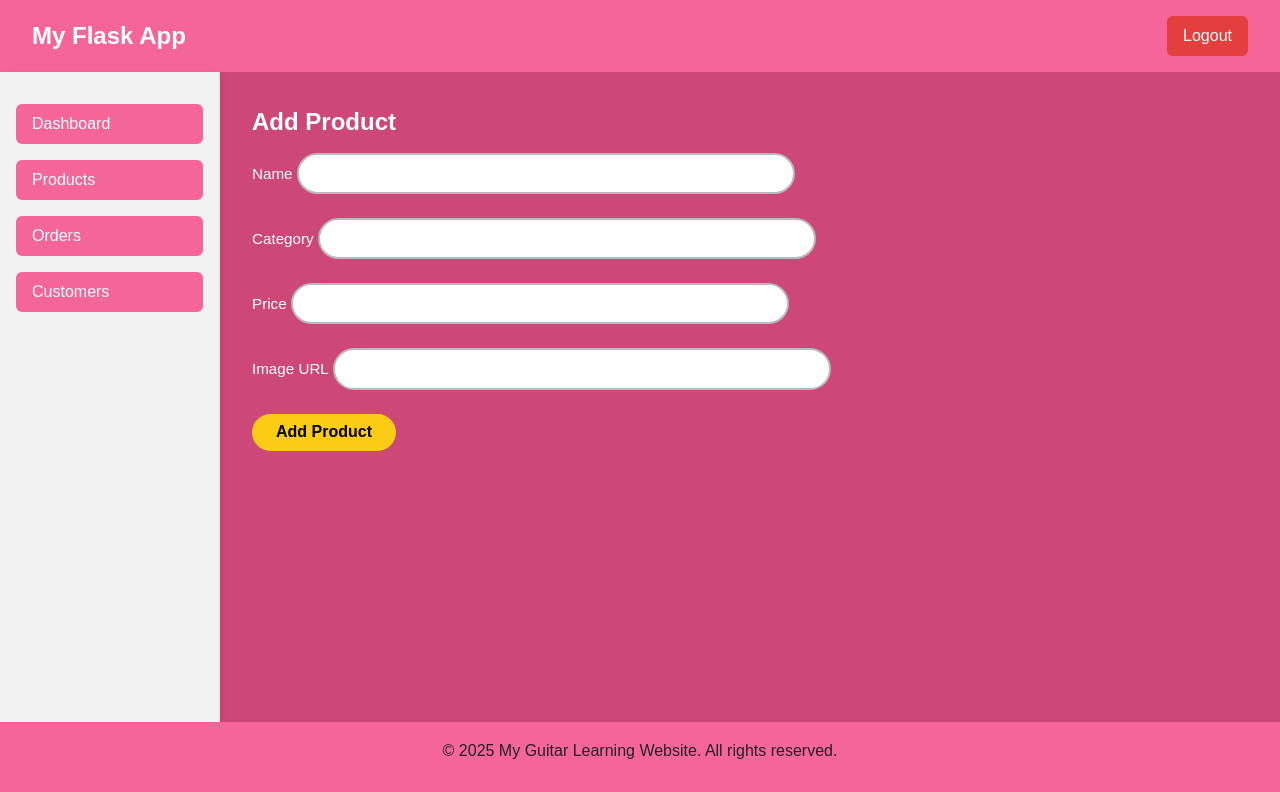
Repository: rywkoo/LearnGuitar
Page: templates/admin/addproduct.html
The author's editor kept a copy of each file at every save. The page is drawn from the files as they stood at one save, then again after the next save.
The browser window is 1280 px wide. The pictures show the whole page.
The page is served by the project's application, run on Flask 3 (app.py). The template is opened directly, without the code that normally fills it, so the values that code supplies are empty.

Above is the page before, as saved 2025-08-25 19:58:09.

After the next save:
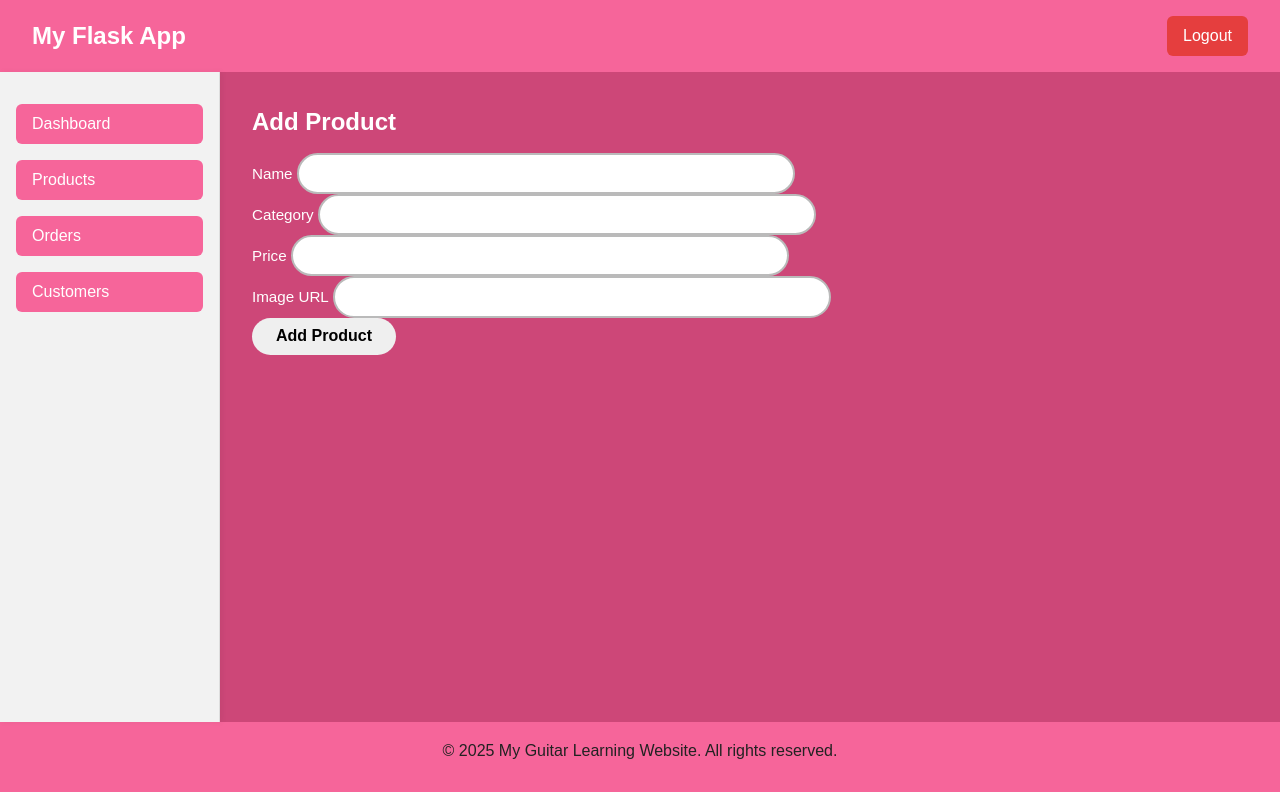
Saved 2 min 53 s later.
--- a/templates/admin/addproduct.html
+++ b/templates/admin/addproduct.html
@@ -1,32 +1,30 @@
 {% extends "admin/admin_master.html" %}
 
 {% block main_content %}
-
-
-<div  class="container mt-2">
+<div class="container mt-2">
     <h2 style="color: white;">Add Product</h2>
     <form method="POST">
         <div class="mb-3">
             <label style="color: white;">Name</label>
-            <input class="input" style="width: 50%;" type="text" name="name" class="form-control" required>
+            <input class="input" style="width: 50%;" type="text" name="name" required>
         </div>
-    </br>
+
         <div class="mb-3">
-            <label style="color: white;" >Category</label>
-            <input class="input" style="width: 50%;" type="text" name="category" class="form-control" required>
+            <label style="color: white;">Category</label>
+            <input class="input" style="width: 50%;" type="text" name="category" required>
         </div>
-        </br>
+
         <div class="mb-3">
-            <label style="color: white;" >Price</label>
-            <input class="input" style="width: 50%;" type="number" name="price" class="form-control" required>
+            <label style="color: white;">Price</label>
+            <input class="input" style="width: 50%;" type="number" name="price" required>
         </div>
-        </br>
+
         <div class="mb-3">
             <label style="color: white;">Image URL</label>
-            <input class="input" style="width: 50%;" type="text" name="image" class="form-control" required>
+            <input class="input" style="width: 50%;" type="text" name="image" required>
         </div>
-        </br>
-        <button class="btn btn-primary" type="submit">Add Product</button>
+
+        <button class="btn" type="submit">Add Product</button>
     </form>
 </div>
 {% endblock %}

After the save that followed:
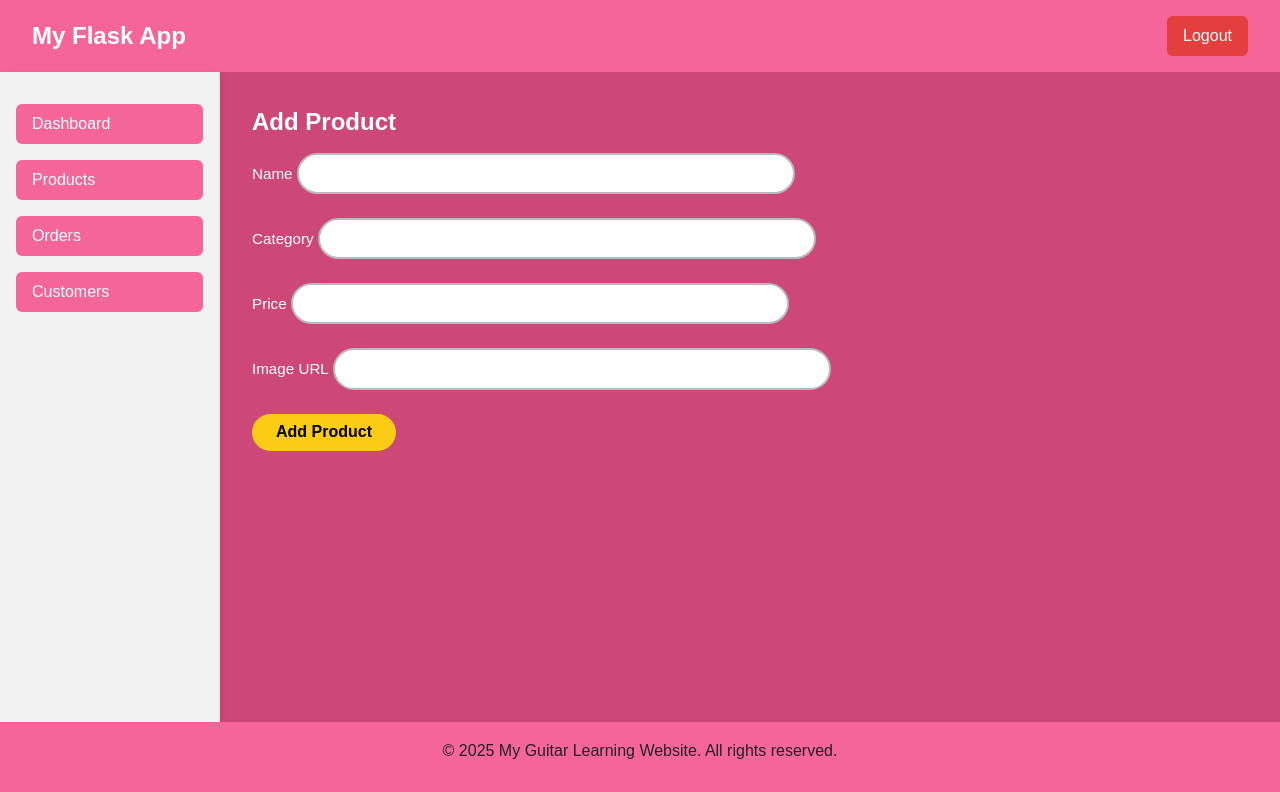
Saved 5 s later.
--- a/templates/admin/addproduct.html
+++ b/templates/admin/addproduct.html
@@ -1,30 +1,32 @@
 {% extends "admin/admin_master.html" %}
 
 {% block main_content %}
-<div class="container mt-2">
+
+
+<div  class="container mt-2">
     <h2 style="color: white;">Add Product</h2>
     <form method="POST">
         <div class="mb-3">
             <label style="color: white;">Name</label>
-            <input class="input" style="width: 50%;" type="text" name="name" required>
+            <input class="input" style="width: 50%;" type="text" name="name" class="form-control" required>
         </div>
-
+    </br>
         <div class="mb-3">
-            <label style="color: white;">Category</label>
-            <input class="input" style="width: 50%;" type="text" name="category" required>
+            <label style="color: white;" >Category</label>
+            <input class="input" style="width: 50%;" type="text" name="category" class="form-control" required>
         </div>
-
+        </br>
         <div class="mb-3">
-            <label style="color: white;">Price</label>
-            <input class="input" style="width: 50%;" type="number" name="price" required>
+            <label style="color: white;" >Price</label>
+            <input class="input" style="width: 50%;" type="number" name="price" class="form-control" required>
         </div>
-
+        </br>
         <div class="mb-3">
             <label style="color: white;">Image URL</label>
-            <input class="input" style="width: 50%;" type="text" name="image" required>
+            <input class="input" style="width: 50%;" type="text" name="image" class="form-control" required>
         </div>
-
-        <button class="btn" type="submit">Add Product</button>
+        </br>
+        <button class="btn btn-primary" type="submit">Add Product</button>
     </form>
 </div>
 {% endblock %}
